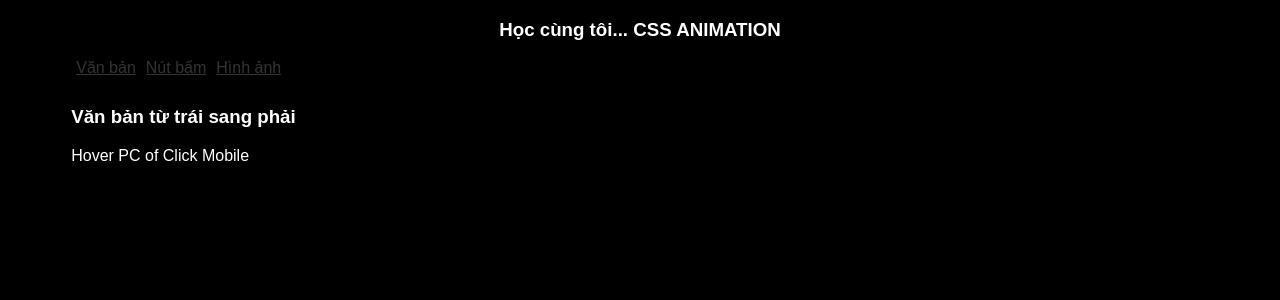
Repository: phuchoa2001/cssanimationNextjs
Page: /
The author's editor kept a copy of each file at every save. The page is drawn from the files as they stood at one save, then again after the next save.
The browser window is 1280 px wide. The pictures show the whole page.
The project was rebuilt for these pictures with package versions that can differ from the ones it lists, and the page was loaded fresh each time. The framework's server and built-in components were replaced by stand-ins that run in the browser. Also part of the build but not shown: next.config.js.

Above is the page before, as saved 2022-09-14 18:09:59.

### pages/index.js
import Link from "next/link";

import Item from "../components/Item/Item";

export default function Home({ products }) {
  return (
    <div className="App" id="app">
      <div className='wrapper' >
        <h3 className='text'>Học cùng tôi... CSS ANIMATION</h3>
        <div className='listLink'>
          <a href="#text" className='link'>Văn bản</a>
          <a href="#button" className='link'>Nút bấm</a>
          <a href="#image" className='link'>Hình ảnh</a>
        </div>
        <div className="list">
          <Item />
        </div>
      </div>
    </div>
  );
}

/**
 * Get all of the posts and pass it as the "posts" prop
 */
// export async function getStaticProps() {
//   const res = await fetch("https://6321206282f8687273ad17ab.mockapi.io/test/products");
//   const products = await res.json();
//   return { props: { products } };
// }

### styles/globals.css
html {
  scroll-behavior: smooth;
}
body {
  font-family: sans-serif;
  background: #000;
  color: #fff;
}
.wrapper {
  width: 90%;
  margin: 0 auto;
}
.list {
  display: grid;
  grid-template-columns: repeat(2, 1fr);
  gap: 8px;
}
.components {
  border: 1px solid #333;
  height: 300px;
}
.text {
  text-align: center;
}
.listLink {
  margin: 10px 0px;
}
.link {
  color: #333;
  margin: 0px 5px;
}
@media only screen and (max-width: 1023px) {
  .list {
    grid-template-columns: repeat(1, 1fr);
    gap: 8px;
  }
}

### components/Item/Item.jsx
import React from "react";
import styled from "styled-components";

const ItemStyles = styled.div`

`;

function Item() {
  return (
    <ItemStyles>
      <h3 className="title">Văn bản từ trái sang phải</h3>
      <p>Hover PC of Click Mobile</p>
    </ItemStyles>
  );
}

export default Item;

Loaded but not shown: pages/_app.js (common file)

After the next save:
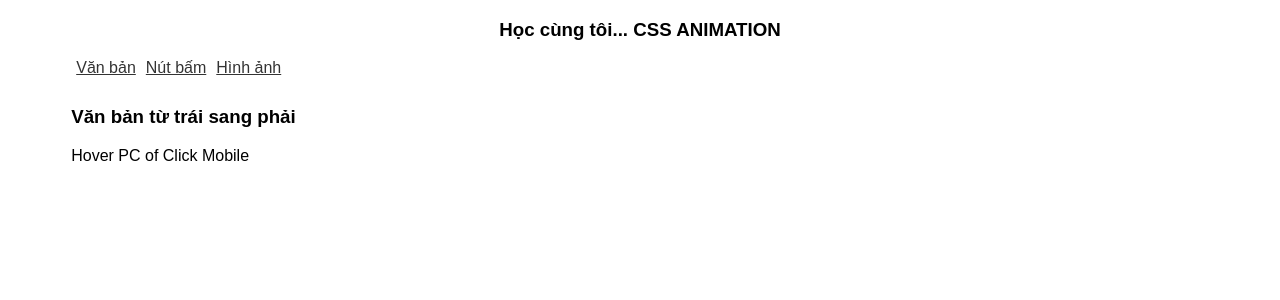
Saved 17 s later.
--- a/styles/globals.css
+++ b/styles/globals.css
@@ -3,8 +3,6 @@ html {
 }
 body {
   font-family: sans-serif;
-  background: #000;
-  color: #fff;
 }
 .wrapper {
   width: 90%;
